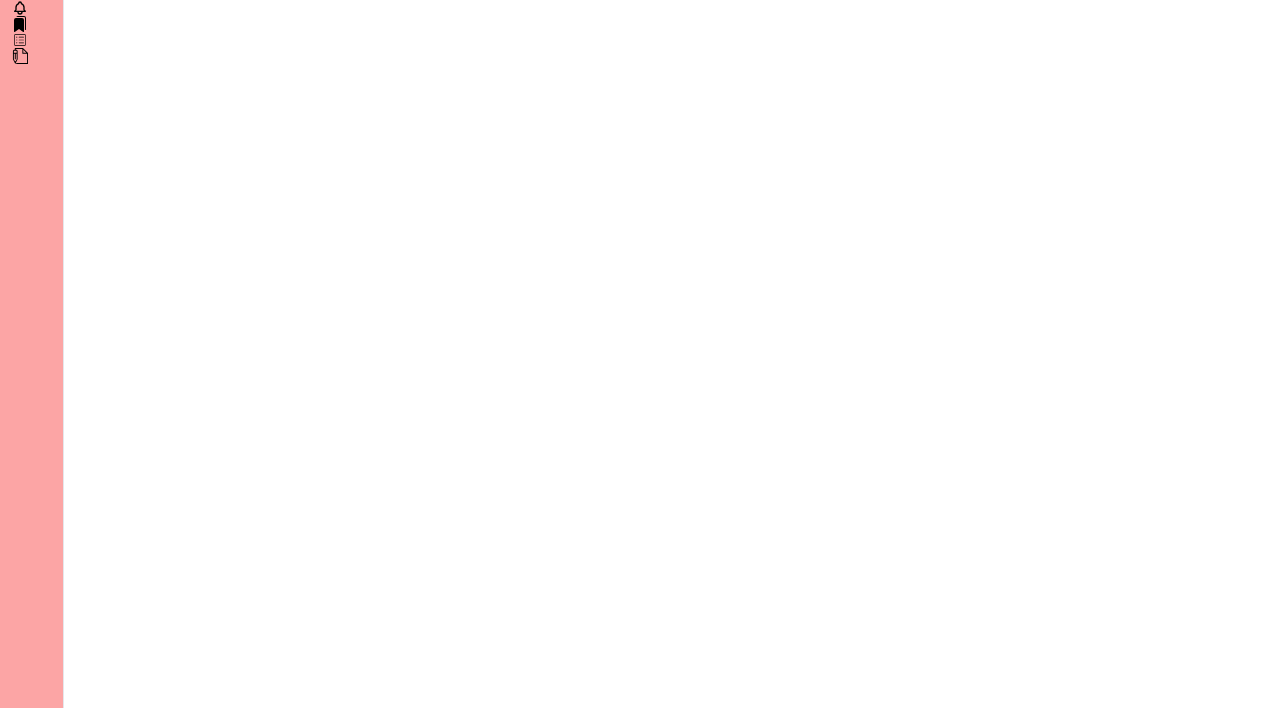
Repository: hisreal123/yt-build
Page: /Components/Menu
An editor plug-in stored every save of this project. The page is shown before and after the next save, followed by the edit.
The browser window is 1280 px wide. The pictures show the whole page.
The project was rebuilt for these pictures with package versions that can differ from the ones it lists, and the page was loaded fresh each time. The framework's server and built-in components were replaced by stand-ins that run in the browser. Also part of the build but not shown: next.config.js.

Above is the page before, as saved 2022-11-12 01:25:53.

### pages/Components/Menu.tsx
import React from "react";
import { SlHome } from "react-icons/sl";
import { CiSearch } from "react-icons/ci";
import { CgProfile } from "react-icons/cg";
import { HiOutlineBell } from "react-icons/hi";
import { BsFillBookmarksFill } from "react-icons/bs";
import { CiViewList } from "react-icons/ci";
import { TfiWrite } from "react-icons/tfi";

function Menu() {
  return (
    <div className="p-3 border-r lg:h-screen lg:w-auto sm:w-screen fixed bottom-3 bg-red-300 w-full lg:min-w-[5%]">
      <SlHome className="lg:hidden" />
      <CiSearch className=" lg:hidden" />
      <CgProfile className=" lg:hidden" />

      <div className="lgScreen hidden lg:flex lg:flex-col">
        <SlHome className="lg:hidden" />
        <HiOutlineBell />
        <BsFillBookmarksFill />
        <CiViewList />
        <TfiWrite />
      </div>
    </div>
  );
}

export default Menu;

Loaded but not shown: pages/_app.tsx (common file); styles/globals.css (common file); tailwind.config.js (common file)

After the next save:
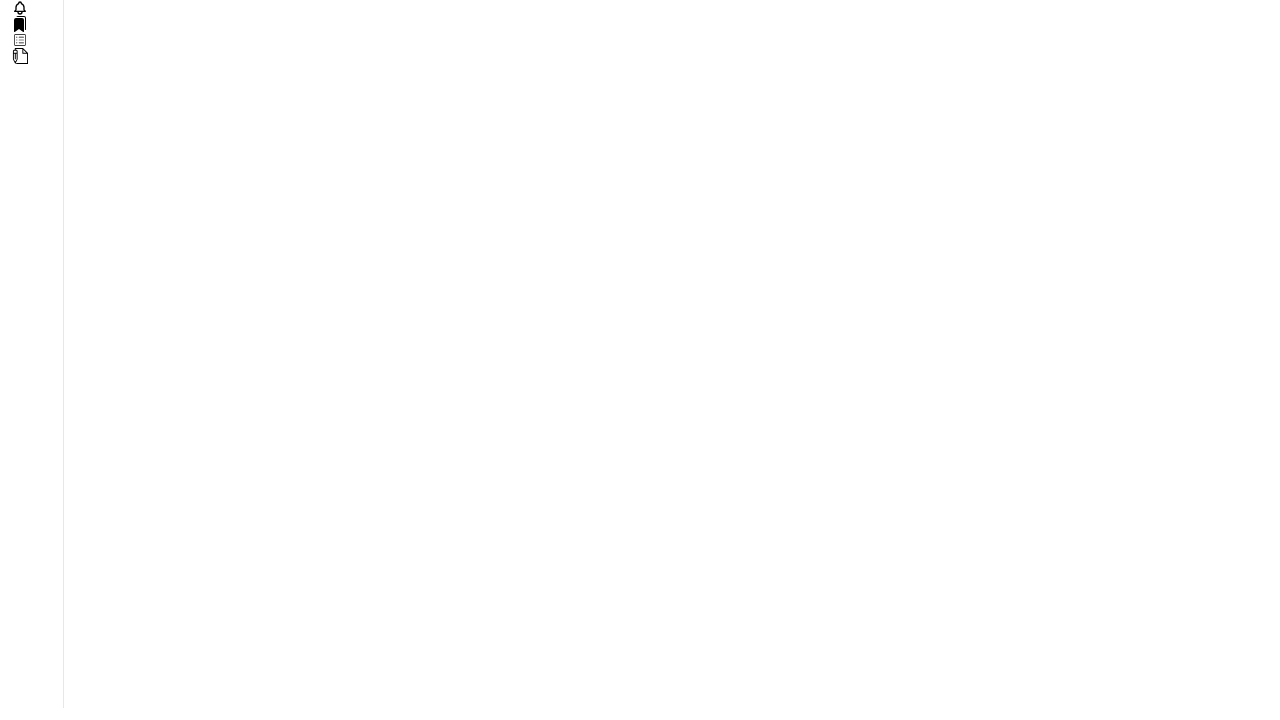
Saved 32 s later.
--- a/pages/Components/Menu.tsx
+++ b/pages/Components/Menu.tsx
@@ -9,7 +9,7 @@
 
 function Menu() {
   return (
-    <div className="p-3 border-r lg:h-screen lg:w-auto sm:w-screen fixed bottom-3 bg-red-300 w-full lg:min-w-[5%]">
+    <div className="p-3 border-r lg:h-screen lg:w-auto sm:w-screen fixed bottom-3 bg-white w-full lg:min-w-[5%]">
       <SlHome className="lg:hidden" />
       <CiSearch className=" lg:hidden" />
       <CgProfile className=" lg:hidden" />

After the save that followed:
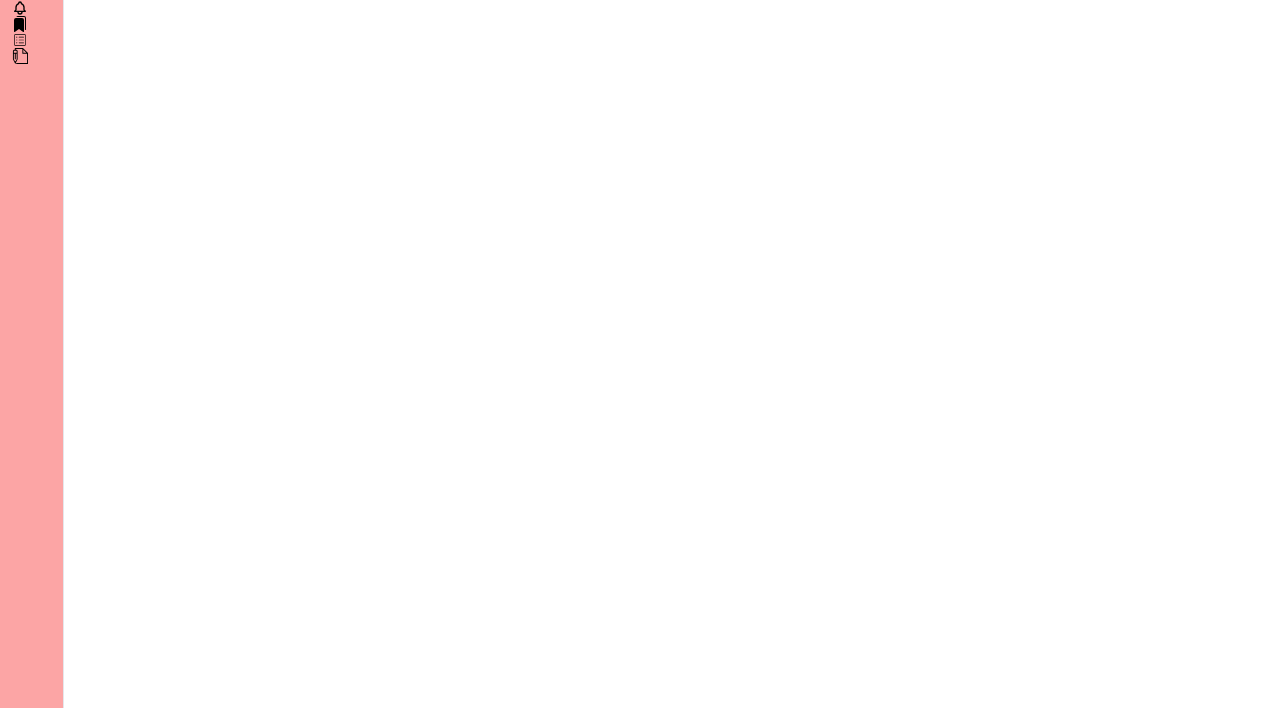
Saved 13 s later.
--- a/pages/Components/Menu.tsx
+++ b/pages/Components/Menu.tsx
@@ -9,7 +9,7 @@
 
 function Menu() {
   return (
-    <div className="p-3 border-r lg:h-screen lg:w-auto sm:w-screen fixed bottom-3 bg-white w-full lg:min-w-[5%]">
+    <div className="p-3 border-r lg:h-screen lg:w-auto sm:w-screen fixed bottom-3 bg-red-300 w-full lg:min-w-[5%]">
       <SlHome className="lg:hidden" />
       <CiSearch className=" lg:hidden" />
       <CgProfile className=" lg:hidden" />
